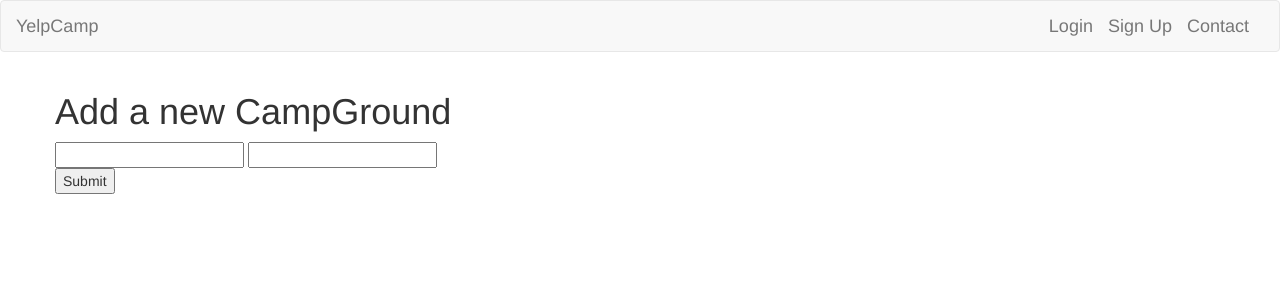
Repository: nittoorp/Web-Developement
Page: http://localhost/campground/new
The author's editor kept a record of every edit. The page is drawn from the files as they stood at one moment, then again after the next edit.
The browser window is 1280 px wide. The pictures show the whole page.
The page is served by the project's Node server (YelpCamp/v1/app.js).

Above is the page before.

### YelpCamp/v1/views/new.ejs
<%- include("partials/header") %>
<div class="container">
    <div class="row">
        <h1> Add a new CampGround</h1>
        <form action="/campground" method="post">
           <div>
                 <input type="text" name="name"/>
                 <input type="text" name="url"/>
           </div>
                 <input type="submit" value="Submit"/>
             </form>
    </div>
 </div>
 <%- include("partials/footer") %>

### YelpCamp/v1/views/partials/header.ejs
<!DOCTYPE html>
<html>
    <head>

    </head>
   <link rel="stylesheet" href="https://maxcdn.bootstrapcdn.com/bootstrap/3.3.7/css/bootstrap.min.css" integrity="sha384-BVYiiSIFeK1dGmJRAkycuHAHRg32OmUcww7on3RYdg4Va+PmSTsz/K68vbdEjh4u" crossorigin="anonymous">
    <body>
        <nav class="navbar navbar-default">
            <div class="container-fluid">
                <div class="navbar-header">
                    <a class="navbar-brand" href="/">YelpCamp</a>
                </div>
                <div class="collapse navbar-collapse">
                    <ul class="nav navbar-nav navbar-right">
                        <li><a class="navbar-brand" href="/">Login</a></li>
                        <li><a class="navbar-brand" href="/">Sign Up</a></li>
                        <li><a class="navbar-brand" href="/">Contact</a></li>
                   </ul>
                </div>
            </div>
        </nav>

### YelpCamp/v1/views/partials/footer.ejs


  </body>
</html>

### YelpCamp/v1/app.js
var express = require("express");
var app = express();
var bodyParser = require('body-parser');
app.use(bodyParser.urlencoded({extended:true}));


var campgrounds =[
                        {
                            'name' : 'Tosh Valley 1',
                            'image':'https://www.photosforclass.com/download/pixabay-4756774?webUrl=https%3A%2F%2Fpixabay.com%2Fget%2F52e7d0454d55a814f6da8c7dda793f7f1636dfe2564c704c7d2f78d3974bc35a_960.jpg&user=worldvashemudomu'

                        },
                        {
                            'name' : 'Tosh Valley 2',
                            'image':'https://www.photosforclass.com/download/pixabay-1851092?webUrl=https%3A%2F%2Fpixabay.com%2Fget%2F57e8d0424a5bae14f6da8c7dda793f7f1636dfe2564c704c7d2f78d3974bc35a_960.jpg&user=Pexels'
                        },
                        {
                            'name' : 'Tosh Valley 3',
                            'image':'https://www.photosforclass.com/download/pixabay-4522970?webUrl=https%3A%2F%2Fpixabay.com%2Fget%2F52e5d7414355ac14f6da8c7dda793f7f1636dfe2564c704c7d2f78d3974bc35a_960.jpg&user=Ben_Frieden'
                        },
                        {
                            'name' : 'Tosh Valley 1',
                            'image':'https://www.photosforclass.com/download/pixabay-4756774?webUrl=https%3A%2F%2Fpixabay.com%2Fget%2F52e7d0454d55a814f6da8c7dda793f7f1636dfe2564c704c7d2f78d3974bc35a_960.jpg&user=worldvashemudomu'

                        },
                        {
                            'name' : 'Tosh Valley 2',
                            'image':'https://www.photosforclass.com/download/pixabay-1851092?webUrl=https%3A%2F%2Fpixabay.com%2Fget%2F57e8d0424a5bae14f6da8c7dda793f7f1636dfe2564c704c7d2f78d3974bc35a_960.jpg&user=Pexels'
                        },
                        {
                            'name' : 'Tosh Valley 3',
                            'image':'https://www.photosforclass.com/download/pixabay-4522970?webUrl=https%3A%2F%2Fpixabay.com%2Fget%2F52e5d7414355ac14f6da8c7dda793f7f1636dfe2564c704c7d2f78d3974bc35a_960.jpg&user=Ben_Frieden'
                        },
                        {
                            'name' : 'Tosh Valley 1',
                            'image':'https://www.photosforclass.com/download/pixabay-4756774?webUrl=https%3A%2F%2Fpixabay.com%2Fget%2F52e7d0454d55a814f6da8c7dda793f7f1636dfe2564c704c7d2f78d3974bc35a_960.jpg&user=worldvashemudomu'

                        },
                        {
                            'name' : 'Tosh Valley 2',
                            'image':'https://www.photosforclass.com/download/pixabay-1851092?webUrl=https%3A%2F%2Fpixabay.com%2Fget%2F57e8d0424a5bae14f6da8c7dda793f7f1636dfe2564c704c7d2f78d3974bc35a_960.jpg&user=Pexels'
                        },
                        {
                            'name' : 'Tosh Valley 3',
                            'image':'https://www.photosforclass.com/download/pixabay-4522970?webUrl=https%3A%2F%2Fpixabay.com%2Fget%2F52e5d7414355ac14f6da8c7dda793f7f1636dfe2564c704c7d2f78d3974bc35a_960.jpg&user=Ben_Frieden'
                        }


        ]

app.get("/",function(req,res){

    res.render('startPage.ejs');

})

app.get("/campground",function(req,res){


    res.render('campground.ejs', {campgrounds:campgrounds});

})

app.post("/campground",function(req,res){
    var newCamp ={
        'name':req.body.name,
        'image':req.body.url
    }
    campgrounds.push(newCamp);
    console.log("In the post methods");
    res.redirect("/campground");
})

app.get("/campground/new",function(req,res){


    res.render("new.ejs");

})

app.listen(process.env.PORT,process.env.IP,function(){

    console.log("The Yelp camp server has started!!");

})

After the next edit:
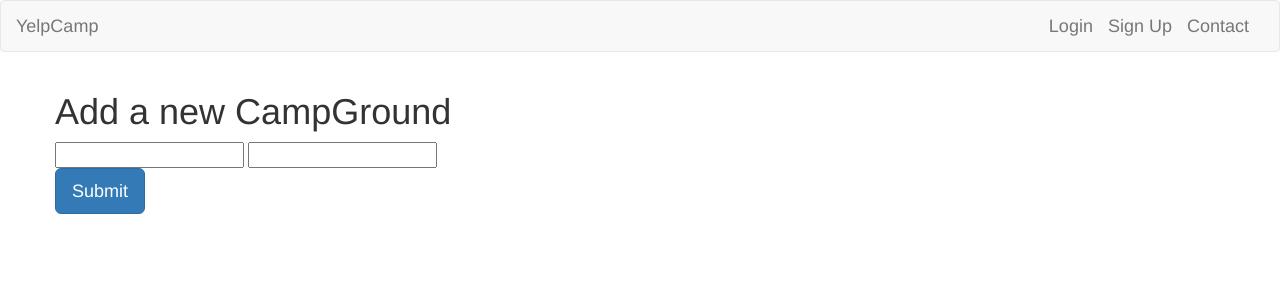
The edit:
--- a/YelpCamp/v1/views/new.ejs
+++ b/YelpCamp/v1/views/new.ejs
@@ -7,8 +7,8 @@
                  <input type="text" name="name"/>
                  <input type="text" name="url"/>
            </div>
-                 <input type="submit" value="Submit"/>
-             </form>
+                 <input class="btn btn-primary btn-lg" type="submit" value="Submit"/>
+        </form>
     </div>
  </div>
  <%- include("partials/footer") %>
